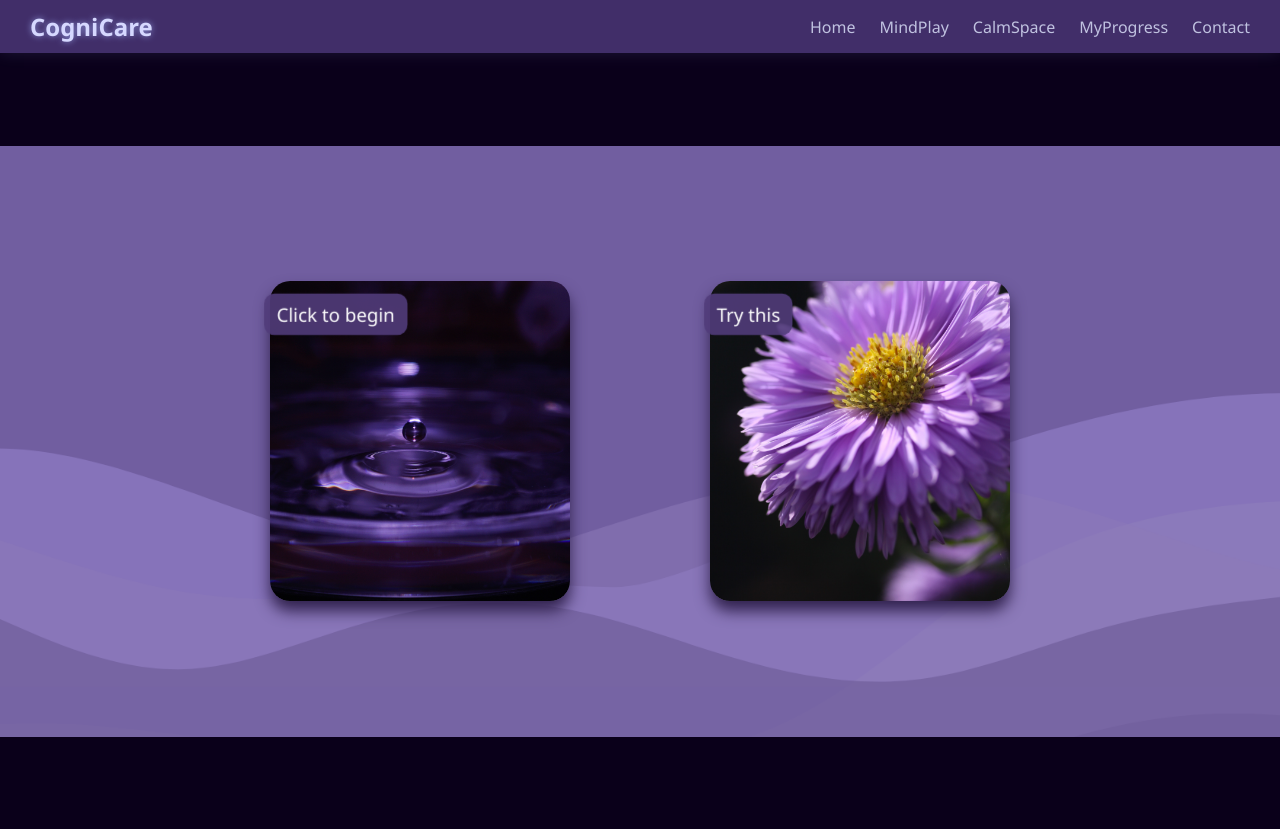
Repository: rujularaut/CogniCare
Page: /meditation
The author's editor kept a copy of each file at every save. The page is drawn from the files as they stood at one save, then again after a run of saves.
The browser window is 1280 px wide. The pictures show the whole page.
The project was rebuilt for these pictures with package versions that can differ from the ones it lists, and the page was loaded fresh each time. Also part of the build but not shown: src/components/RecallGame.js, src/components/ReactionGame.js, src/components/Progress.css, src/components/Progress.js, src/components/Breathing.js, src/components/Welcome.css, src/components/Welcome.js, src/components/Particles.css and 16 more.

Above is the page before, as saved 2025-06-30 15:38:22.

### public/index.html
<!DOCTYPE html>
<html lang="en">
  <head>
    <link href="https://fonts.googleapis.com/css2?family=Anton:wght@500&display=swap" rel="stylesheet">

    <meta charset="utf-8" />
    <link rel="icon" href="%PUBLIC_URL%/favicon.ico" />
    <meta name="viewport" content="width=device-width, initial-scale=1" />
    <meta name="theme-color" content="#000000" />
    <meta
      name="description"
      content="Web site created using create-react-app"
    />
    <link rel="apple-touch-icon" href="%PUBLIC_URL%/logo192.png" />
    <!--
      manifest.json provides metadata used when your web app is installed on a
      user's mobile device or desktop. See https://developers.google.com/web/fundamentals/web-app-manifest/
    -->
    <link rel="manifest" href="%PUBLIC_URL%/manifest.json" />
    <!--
      Notice the use of %PUBLIC_URL% in the tags above.
      It will be replaced with the URL of the `public` folder during the build.
      Only files inside the `public` folder can be referenced from the HTML.

      Unlike "/favicon.ico" or "favicon.ico", "%PUBLIC_URL%/favicon.ico" will
      work correctly both with client-side routing and a non-root public URL.
      Learn how to configure a non-root public URL by running `npm run build`.
    -->
    <title>React App</title>
  </head>
  <body>
    <noscript>You need to enable JavaScript to run this app.</noscript>
    <div id="root"></div>
    <!--
      This HTML file is a template.
      If you open it directly in the browser, you will see an empty page.

      You can add webfonts, meta tags, or analytics to this file.
      The build step will place the bundled scripts into the <body> tag.

      To begin the development, run `npm start` or `yarn start`.
      To create a production bundle, use `npm run build` or `yarn build`.
    -->
  </body>
</html>

### src/App.js
import React, { useRef, useEffect } from 'react';
import { BrowserRouter as Router, Routes, Route, useLocation } from 'react-router-dom';
import { useInView } from 'framer-motion';
import { FaHome, FaBrain, FaSpa, FaChartBar, FaEnvelope } from 'react-icons/fa';
import RecallGame from './components/RecallGame';
import ReactionGame from './components/ReactionGame';
import Progress from './components/Progress';
import MeditationOptions from './components/MeditationOptions';
import Breathing from './components/Breathing';
import './App.css';
import Welcome from './components/Welcome';
import Meditation from './components/Meditation';
import Signup from './components/Signup';
import Login from './components/Login';
import SignupStepper from './components/SignupStepper';
import MeditationRoom from './components/MeditationRoom';
import MindPlay from './components/MindPlay';

function ScrollToSection() {
  const location = useLocation();

  useEffect(() => {
    const hasHash = location.hash;

    if (hasHash) {
      const section = document.querySelector(hasHash);
      if (section) {
        setTimeout(() => {
          section.scrollIntoView({ behavior: 'smooth' });
        }, 100);
      }
    }
  }, [location]);

  return null;
}

function AppContent() {
  const mindplayRef = useRef(null);
  const calmspaceRef = useRef(null);
  const welcomeRef = useRef(null);
  const progressRef = useRef(null);
  const isProgressInView = useInView(progressRef, { amount: 0.3, once: false });
  const isWelcomeInView = useInView(welcomeRef, { amount: 0.6 });
  const isMindplayInView = useInView(mindplayRef, { amount: 0.3, once: false });
  const isCalmspaceInView = useInView(calmspaceRef, { amount: 0.3, once: false });
  const location = useLocation();
  const hash = location.hash;
  const isOnHomePage = location.pathname === '/';
  const showFloatingNav = isOnHomePage &&
  !isWelcomeInView &&
  (isMindplayInView || isCalmspaceInView || isProgressInView ||
   hash === '#mindplay' || hash === '#calmspace-section' || hash === '#myprogress');

  return (
    <>
      <ScrollToSection />

      {}
      {showFloatingNav && (
        <div className="floating-nav-vertical">
          <a href="/" data-tooltip="Home"><FaHome /></a>
          <a href="#mindplay" data-tooltip="MindPlay"><FaBrain /></a>
          <a href="#calmspace-section" data-tooltip="CalmSpace"><FaSpa /></a>
          <a href="#myprogress" data-tooltip="Progress"><FaChartBar /></a>
          <a href="#" data-tooltip="Contact"><FaEnvelope /></a>
        </div>
      )}

      {}
      <nav>
        <div className="logo">CogniCare</div>
        <ul>
          <li><a href="/">Home</a></li>
          <li><a href="#mindplay">MindPlay</a></li>
          <li><a href="#calmspace-section">CalmSpace</a></li>
          <li><a href="#myprogress">MyProgress</a></li>
          <li><a href="#">Contact</a></li>
        </ul>
      </nav>

      <Routes>
        <Route path="/" element={
          <>
            <header>
              <h1>Welcome to CogniCare</h1>
              <p>Your mental health companion</p>
            </header>

            <div ref={welcomeRef}>
              <Welcome />
            </div>

            <div ref={mindplayRef} id="mindplay">
              <MindPlay />
            </div>

            <div ref={calmspaceRef} id="calmspace-section">
              <Meditation />
            </div>

            <div ref={progressRef} id="myprogress">
              <Progress />
            </div>
          </>
        } />

        <Route path="/signup" element={<SignupStepper />} />
        <Route path="/login" element={<Login />} />
        <Route path="/meditationroom" element={<MeditationRoom />} />
        <Route path="/recall" element={<RecallGame />} />
        <Route path="/reaction" element={<ReactionGame />} />
        <Route path="/meditation" element={<MeditationOptions />} />
        <Route path="/meditationroom" element={<MeditationRoom />} />
        <Route path="/breathing" element={<Breathing />} />
      </Routes>
    </>
  );
}


function App() {
  return (
    <Router>
      <div className="App">
        <AppContent />
      </div>
    </Router>
  );
}

export default App;

### src/components/MeditationOptions.js
import React from 'react';
import TiltedCard from './TiltedCard';
import { useNavigate } from 'react-router-dom';
import './MeditationOptions.css'; // You'll style it here
import calmImg from '../assets/calm.png';
import breatheImg from '../assets/breathe.png';
import './MeditationOptions.css';


const MeditationOptions = () => {
  const navigate = useNavigate();

  return (
    <div className="meditation-options-page">
      <TiltedCard
        imageSrc={calmImg}
        altText="Splash Cursor Meditation"
        captionText="Calm Focus"
        containerHeight="320px"
        containerWidth="300px"
        imageHeight="320px"
        imageWidth="300px"
        scaleOnHover={1.1}
        rotateAmplitude={12}
        showTooltip={true}
        displayOverlayContent={true}
        overlayContent={<p className="tilted-card-demo-text">Click to begin</p>}
        onClick={() => navigate('/meditationroom')}
      />

      <TiltedCard
        imageSrc={breatheImg}
        altText="Breathing Meditation"
        captionText="Breathe Easy"
        containerHeight="320px"
        containerWidth="300px"
        imageHeight="320px"
        imageWidth="300px"
        scaleOnHover={1.1}
        rotateAmplitude={12}
        showTooltip={true}
        displayOverlayContent={true}
        overlayContent={<p className="tilted-card-demo-text">Try this</p>}
        onClick={() => navigate('/breathing')}
      />
    </div>
  );
};

export default MeditationOptions;

### src/App.css
body {
  margin: 0;
  padding: 0;
  font-family: 'Segoe UI', sans-serif;
  background-color: #0a001a;
  color: #d6d8ff;
}

nav {
  background-color: #412e69;
  color: #d6d8ff;
  display: flex;
  justify-content: space-between;
  align-items: center;
  padding: 10px 30px;
  box-shadow: 0 0 15px #a9b0ff20;
}

.logo {
  font-size: 24px;
  font-weight: bold;
  color: #d6d8ff;
  text-shadow: 0 0 6px #8b92d7;
}

nav ul {
  list-style: none;
  display: flex;
  gap: 24px;
  margin: 0;
  padding: 0;
}

nav ul li a {
  text-decoration: none;
  color: #c0c2e0;
  font-weight: 500;
  transition: color 0.3s ease;
}

nav ul li a:hover {
  color: #f7c258;
  text-shadow: 0 0 6px #a9b0ff;
}

header {
  background-color: #513c7a;
  padding: 5px;
  text-align: center;
  border-bottom: 6px solid #412e69;
}

h1 {
  margin-bottom: 10px;
  font-size: 45px;
  color: #d6d8ff;
  text-shadow: 0 0 10px #6c72ac;
}

p {
  font-size: 17px;
  color: #d6d8ff;
}

.floating-nav-vertical {
  position: fixed;
  top: 50%;
  left: 1rem;
  transform: translateY(-50%);
  display: flex;
  flex-direction: column;
  gap: 1rem;
  background-color: #a292c218;
  padding: 1rem;
  border-radius: 12px;
  z-index: 999;
  box-shadow: 0 4px 12px rgba(0, 0, 0, 0.25);
}

.floating-nav-vertical a {
  color: #3e2e63e7;
  font-size: 24px;
  margin: 12px 0;
  text-decoration: none;
  font-weight: 500;
  display: flex;
  align-items: center;
  gap: 6px;
  transition: color 0.2s, transform 0.2s;
  padding: 2px 5px;
  border-radius: 8px;
}

.floating-nav-vertical a:hover {
  color: #e7ddff;
  text-shadow: 0 0 6px #a9b0ff;
  transform: scale(1.2);
}

.floating-nav-vertical a:focus {
  outline: none;
}

.floating-nav-vertical a::after {
  content: attr(data-tooltip);
  position: absolute;
  left: 130%;
  top: 50%;
  transform: translateY(-50%);
  background-color: #513c7a;
  color: #fff;
  padding: 4px 8px;
  border-radius: 6px;
  white-space: nowrap;
  font-size: 12px;
  opacity: 0;
  pointer-events: none;
  transition: opacity 0.2s ease;
}

.floating-nav-vertical a:hover::after {
  opacity: 1;
}

### src/components/TiltedCard.js
import './TiltedCard.css';

import { useRef, useState } from "react";
import { motion, useMotionValue, useSpring } from "framer-motion";
import "./TiltedCard.css";

const springValues = {
  damping: 30,
  stiffness: 100,
  mass: 2,
};

export default function TiltedCard({
  imageSrc,
  altText = "Tilted card image",
  captionText = "",
  containerHeight = "300px",
  containerWidth = "100%",
  imageHeight = "300px",
  imageWidth = "300px",
  scaleOnHover = 1.1,
  rotateAmplitude = 14,
  showMobileWarning = true,
  showTooltip = true,
  overlayContent = null,
  displayOverlayContent = false,
  onClick,
}) {

  const ref = useRef(null);

  const x = useMotionValue();
  const y = useMotionValue();
  const rotateX = useSpring(useMotionValue(0), springValues);
  const rotateY = useSpring(useMotionValue(0), springValues);
  const scale = useSpring(1, springValues);
  const opacity = useSpring(0);
  const rotateFigcaption = useSpring(0, {
    stiffness: 350,
    damping: 30,
    mass: 1,
  });

  const [lastY, setLastY] = useState(0);

  function handleMouse(e) {
    if (!ref.current) return;

    const rect = ref.current.getBoundingClientRect();
    const offsetX = e.clientX - rect.left - rect.width / 2;
    const offsetY = e.clientY - rect.top - rect.height / 2;

    const rotationX = (offsetY / (rect.height / 2)) * -rotateAmplitude;
    const rotationY = (offsetX / (rect.width / 2)) * rotateAmplitude;

    rotateX.set(rotationX);
    rotateY.set(rotationY);

    x.set(e.clientX - rect.left);
    y.set(e.clientY - rect.top);

    const velocityY = offsetY - lastY;
    rotateFigcaption.set(-velocityY * 0.6);
    setLastY(offsetY);
  }

  function handleMouseEnter() {
    scale.set(scaleOnHover);
    opacity.set(1);
  }

  function handleMouseLeave() {
    opacity.set(0);
    scale.set(1);
    rotateX.set(0);
    rotateY.set(0);
    rotateFigcaption.set(0);
  }

  return (
    <figure
      ref={ref}
      onClick={onClick}
      className="tilted-card-figure"
      style={{
        height: containerHeight,
        width: containerWidth,
        cursor: 'pointer',
      }}
      onMouseMove={handleMouse}
      onMouseEnter={handleMouseEnter}
      onMouseLeave={handleMouseLeave}
    >
      {showMobileWarning && (
        <div className="tilted-card-mobile-alert">
          This effect is not optimized for mobile. Check on desktop.
        </div>
      )}

      <motion.div
        className="tilted-card-inner"
        style={{
          width: imageWidth,
          height: imageHeight,
          rotateX,
          rotateY,
          scale,
        }}
      >
        <motion.img
          src={imageSrc}
          alt={altText}
          className="tilted-card-img"
          style={{
            width: imageWidth,
            height: imageHeight,
          }}
        />

        {displayOverlayContent && overlayContent && (
          <motion.div
            className="tilted-card-overlay"
          >
            {overlayContent}
          </motion.div>
        )}
      </motion.div>

      {showTooltip && (
        <motion.figcaption
          className="tilted-card-caption"
          style={{
            x,
            y,
            opacity,
            rotate: rotateFigcaption,
          }}
        >
          {captionText}
        </motion.figcaption>
      )}
    </figure>
  );
}

### src/components/MeditationOptions.css
.meditation-options-page {
  min-height: 80vh;
  background-image: url('../assets/meditation-bg.png');
  background-size: contain;
  background-position: center;
  background-repeat: no-repeat;

  display: flex;
  justify-content: center;
  align-items: center;
  gap: 60px;
  padding: 100px 20px;
  flex-wrap: wrap;
}

### src/components/MindPlay.css
.mindplay-section {
  padding: 80px 40px;
  background: linear-gradient(to bottom right, #a790c8, #4c3968);
  color: #e1c3f8;
  position: relative;
  min-height: 90vh;
  text-align: center;
}

.mindplay-heading {
  width: 100%;
  text-align: center;
  margin-top: -80px;
  margin-bottom: 60px;
  margin-left: 40px;
}

.mindplay-layout {
  display: flex;
  align-items: center;
  justify-content: center;
  gap: 80px;
  flex-wrap: wrap;
  min-height: 70vh;
}

.vertical-decrypt {
  writing-mode: vertical-rl;
  text-orientation: upright;
  font-family: 'Anton', sans-serif;
  font-size: 50px;
  font-weight: 900;
  letter-spacing: 0px;
  line-height: 1.2;
  color: #412e69;
  text-shadow: 0 0 15px #d2c7ec;
  cursor: pointer;
  display: flex;
  align-items:center;
  justify-content:center;
  height: 80vh;
  padding: 0px 10px;
  margin-bottom: 20px;
}

.mindplay-cards {
  display: flex;
  gap: 200px;
  flex-wrap: wrap;
  justify-content: center;
  align-items: flex-start;
}


.revealed {
  font-size: 120px;
  text-align: center;
  letter-spacing: 100px;
  font-weight: 900;
  color: #3a1357;
  text-shadow: 0 5px 0 #665590;
}

.encrypted {
  font-size: 120px;
  font-weight: 900;
  letter-spacing: 100px;
  color: #cdbcf2;
  opacity: 0.5;
}

.tilted-card-demo-text {
  font-size: 18px;
  color: #ffffff;
  background-color: rgba(81, 60, 122, 0.9);
  padding: 8px 12px;
  border-radius: 10px;
  text-align: center;
}

.card-with-text {
  display: flex;
  flex-direction: column;
  align-items: center;
  max-width: 350px;
  text-align: center;
}

.card-description {
  margin-top: 12px;
  margin-right: 20px;
  font-size: 16px;
  font-weight: 500;
  color: #3d0d61;
  background-color: #dfccf2cc;
  padding: 10px 14px;
  border-radius: 12px;
  box-shadow: 0 8px 0px rgba(38, 10, 67, 0.2);
}

### src/components/TiltedCard.css
.tilted-card-figure {
  position: relative;
  width: 100%;
  height: 100%;
  perspective: 800px;
  display: flex;
  flex-direction: column;
  align-items: top;
  justify-content: center;
}

.tilted-card-mobile-alert {
  position: absolute;
  top: 1rem;
  text-align: center;
  font-size: 0.875rem;
  display: none;
}

@media (max-width: 640px) {
  .tilted-card-mobile-alert {
    display: block;
  }
  .tilted-card-caption {
    display: none;
  }
}

.tilted-card-inner {
  position: relative;
  transform-style: preserve-3d;
}

.tilted-card-img {
  position: absolute;
  top: 50;
  left: 0;
  object-fit: cover;
  border-radius: 20px;
  will-change: transform;
  transform: translateZ(0);
  box-shadow: 0 10px 15px #31224e;

}

.tilted-card-img:hover {
  filter: brightness(1.1) saturate(1.2);
  box-shadow: 0 0 15px #ffdca3;
  transition: all 0.3s ease;
}


.tilted-card-overlay {
  position: absolute;
  top: 0;
  left: 0;
  z-index: 2;
  will-change: transform;
  transform: translateZ(30px);
}

.tilted-card-caption {
  pointer-events: none;
  position: absolute;
  left: 0;
  top: 0;
  border-radius: 4px;
  background-color: #745f99;
  padding: 4px 10px;
  font-size: 15px;
  color: #f6eaff;
  opacity: 0;
  z-index: 3;
}

Loaded but not shown: src/index.js (common file); src/index.css (common file)

After the next 2 saves:
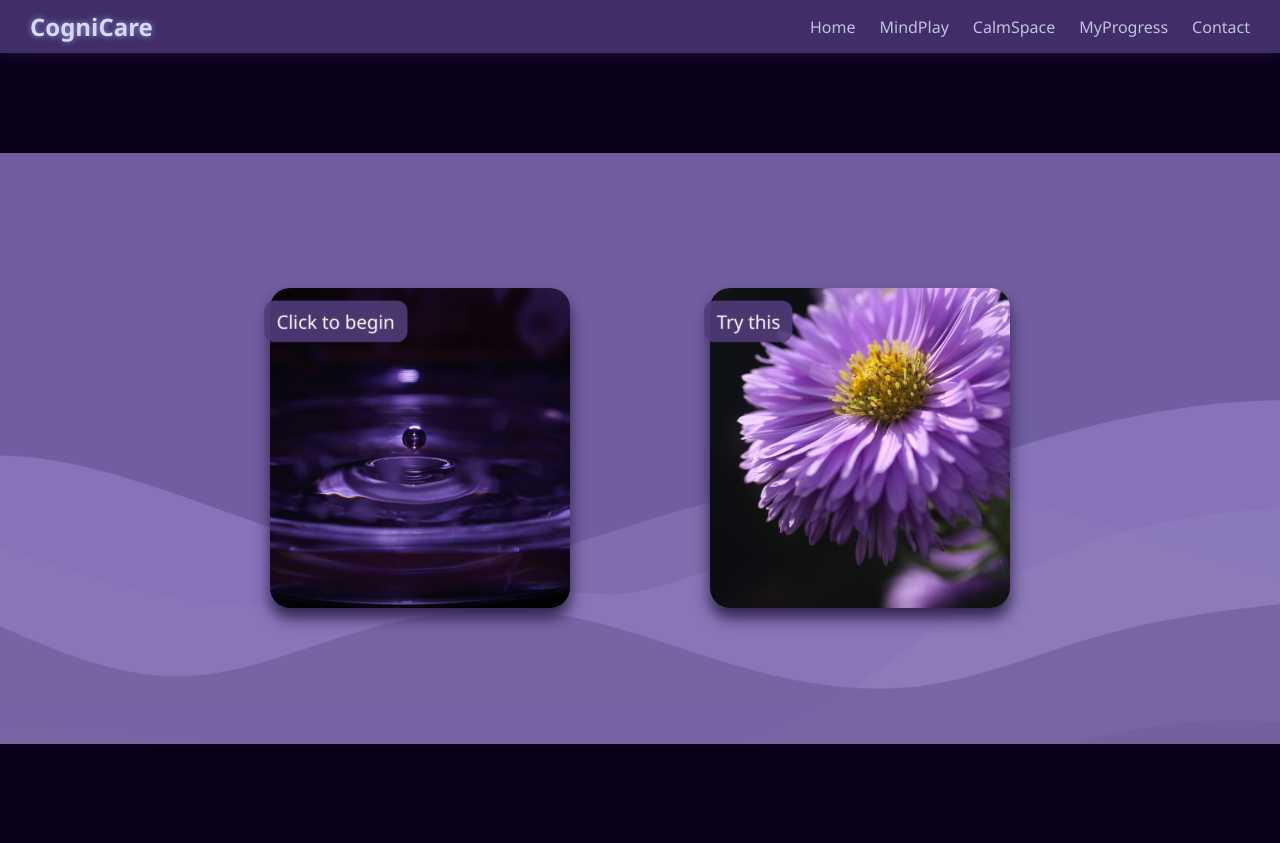
The 2 saves are shown as one change because they came seconds apart.
The last was saved 9 s later.
--- a/src/components/MeditationOptions.css
+++ b/src/components/MeditationOptions.css
@@ -1,5 +1,5 @@
 .meditation-options-page {
-  min-height: 80vh;
+  min-height: 82vh;
   background-image: url('../assets/meditation-bg.png');
   background-size: contain;
   background-position: center;
